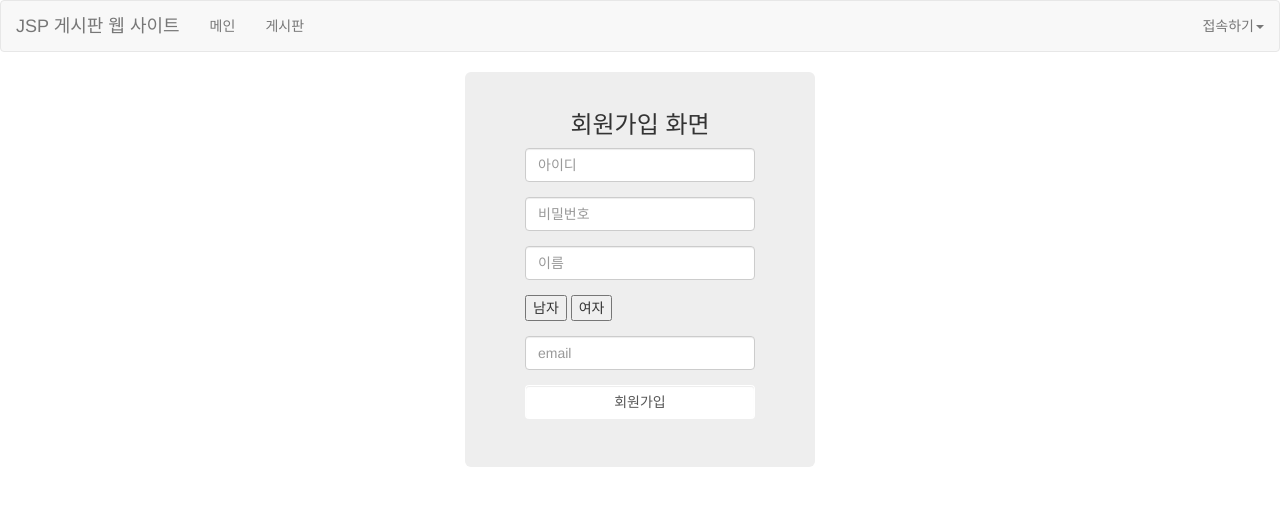
Repository: dirn0568/project
Page: http://localhost/myWeb/join.jsp
The author's editor kept a copy of each file at every save. The page is drawn from the files as they stood at one save, then again after the next save.
The browser window is 1280 px wide. The pictures show the whole page.
The page is served by Tomcat 9. Other server files are loaded and not shown.

Above is the page before, as saved 2022-10-06 17:18:41.
Console error (its wording comes from the project's code and is left out).

### myWeb/src/main/webapp/join.jsp
<%@ page language="java" contentType="text/html; charset=UTF-8"
    pageEncoding="UTF-8"%>
<!DOCTYPE html>
<html>
<head>
<meta charset="UTF-8">
<meta name="viewport" content="width-device-width", initial-scale="1">
<link rel="stylesheet" href="css/bootstrap.css">
<title>JSP 게시판 웹 사이트</title>
</head>
<body>
	<nav class="navbar navbar-default">
		<div class="navbar-header">
			<button type="button" class="navbar-toggle collapsed"
				data-toggle="collapse" data-target="#bs-example-navbar-collapse-1"
				aria-expanded="false">
				<span class="icon-bar"></span>
				<span class="icon-bar"></span>
				<span class="icon-bar"></span>
				</button>
				<a class="navbar-brand" href="main.jsp">JSP 게시판 웹 사이트</a>
		</div>
		<div class="collapse navbar-collapse" id="bs-example-navbar-collapse-1">
			<ul class="nav navbar-nav">
				<li><a href="main.jsp">메인</a></li>
				<li><a href="bbs.jsp">게시판</a></li>
			</ul>
			<ul class="nav navbar-nav navbar-right">
				<li class="dropdown">
					<a href="#" class="dropdown-toggle"
						data-toggle="dropdown" role="button" aria-haspopup="true"
						aria-expanded="false">접속하기<span class="caret"></span></a>
					<ul class="dropdown-menu">
						<li class="active"><a href="login.jsp">로그인</a></li>
						<li><a href="join.jsp">회원가입</a></li>
					</ul>
				</li>
			</ul>
		</div>
	</nav>
	<div class="container">
		<div class="col-lg-4"></div>
		<div class="col-lg-4">
			<div class="jumbotron" style="padding-top:20px;">
				<form method="post" action="joinAction.jsp">
					<h3 style="text-align:center;">회원가입 화면</h3>
					<div class="form-group">
						<input type="text" class="form-control" placeholder="아이디" name="userID" maxlength="20">
					</div>
					<div class="form-group">
						<input type="password" class="form-control" placeholder="비밀번호" name="userPassword" maxlength="20">
					</div>
					<div class="form-group">
						<input type="text" class="form-control" placeholder="이름" name="userName" maxlength="20">
					</div>
					<div class="form-group">
						<input type="button" "form-control" name="userGender" value="남자">
						<input type="button" "form-control" name="userGender" value="여자">
					</div>
					<div class="form-group">
						<input type="email" class="form-control" placeholder="email" name="userEmail" maxlength="50">
					</div>
					<input type="submit" class="btn btn-trimary form-control" value="회원가입">
				</form>
			</div>
		</div>
		<div class="col-lg-4"></div>
	</div>
	<script src="js/bootstrap.js"></script>
</body>
</html>

Loaded but not shown: myWeb/src/main/webapp/css/bootstrap.css (library); myWeb/src/main/webapp/js/bootstrap.js (library)

After the next save:
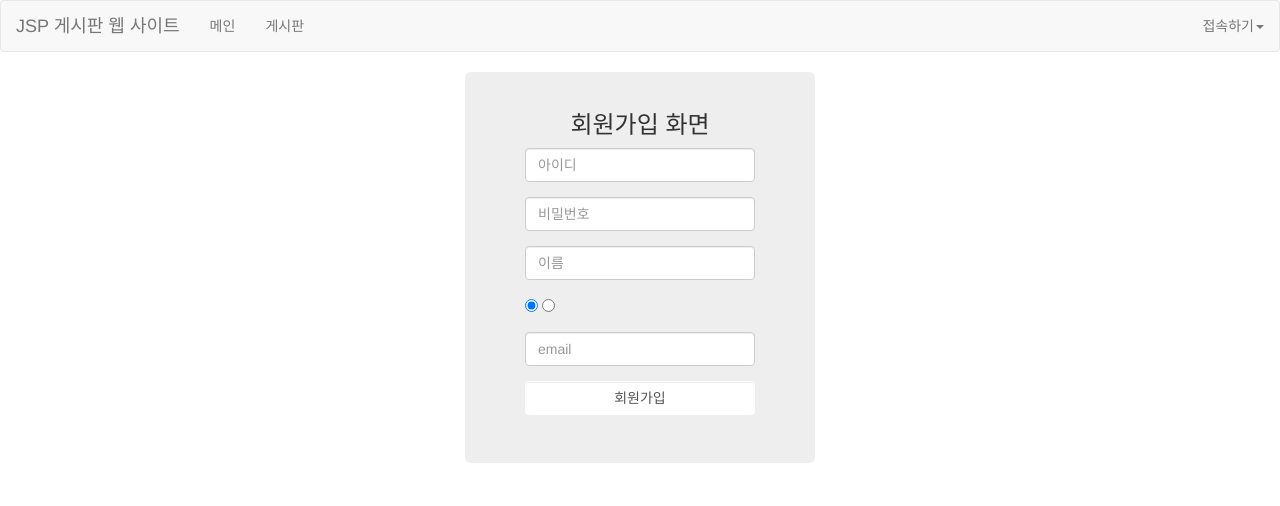
Saved 54 s later.
--- a/myWeb/src/main/webapp/join.jsp
+++ b/myWeb/src/main/webapp/join.jsp
@@ -54,8 +54,8 @@
 						<input type="text" class="form-control" placeholder="이름" name="userName" maxlength="20">
 					</div>
 					<div class="form-group">
-						<input type="button" "form-control" name="userGender" value="남자">
-						<input type="button" "form-control" name="userGender" value="여자">
+						<input type="radio" "form-control" name="userGender" value="남자" checked>
+						<input type="radio" "form-control" name="userGender" value="여자">
 					</div>
 					<div class="form-group">
 						<input type="email" class="form-control" placeholder="email" name="userEmail" maxlength="50">
